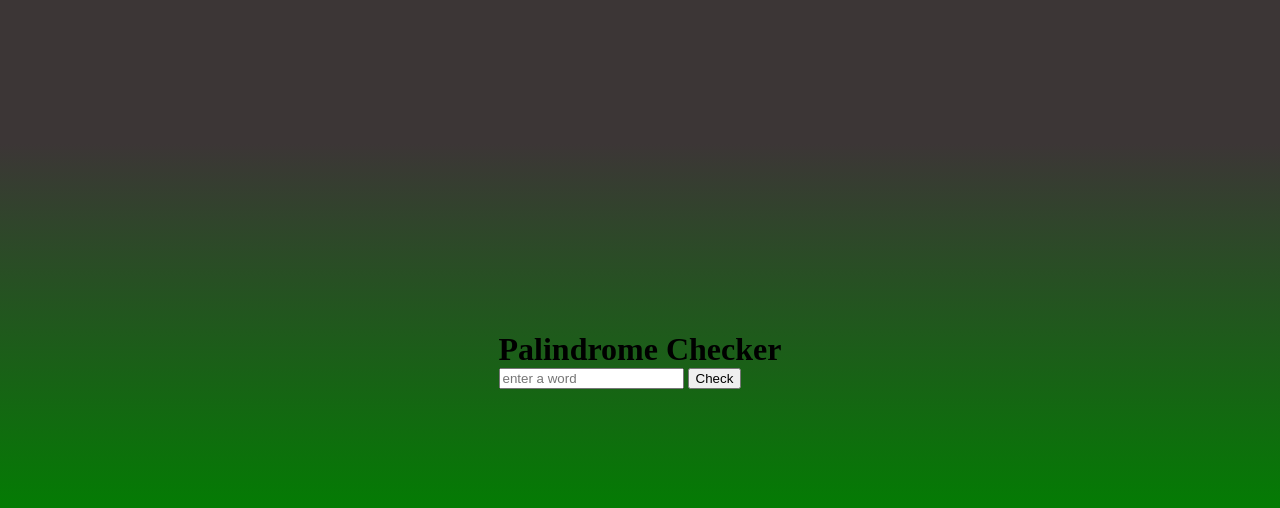
Repository: albinsabu2023/palindromeChecker
Page: index.html
An editor plug-in stored every save of this project. The page is shown before and after a run of saves, followed by the edit.
The browser window is 1280 px wide. The pictures show the whole page.

Above is the page before, as saved 2023-09-12 01:15:04.

### index.html
<!DOCTYPE html>
<html lang="en">
<head>
    <meta charset="UTF-8">
    <meta name="viewport" content="width=device-width, initial-scale=1.0">
    <title>Document</title>
    <link rel="stylesheet" href="style.css">
</head>
<body>
    <div class="container">
        <h1>Palindrome Checker</h1>
        <input type="text" id="inputText" placeholder="enter a word">
        <button id="checkButton">Check</button>
        <div id="result">

        </div>
    </div>
    <script src="home.js"></script>
</body>
</html>

### style.css
*{
    margin:0;

}
body{
    display: flex;
    align-items: center;
    justify-content: center;
    height: 100vh;
    background:linear-gradient( rgb(60, 54, 54) 20%, green 74%) ;
}
.container{

}

Loaded but not shown: home.js (no copy from this time; the picture is the same without it)

After the next 3 saves:
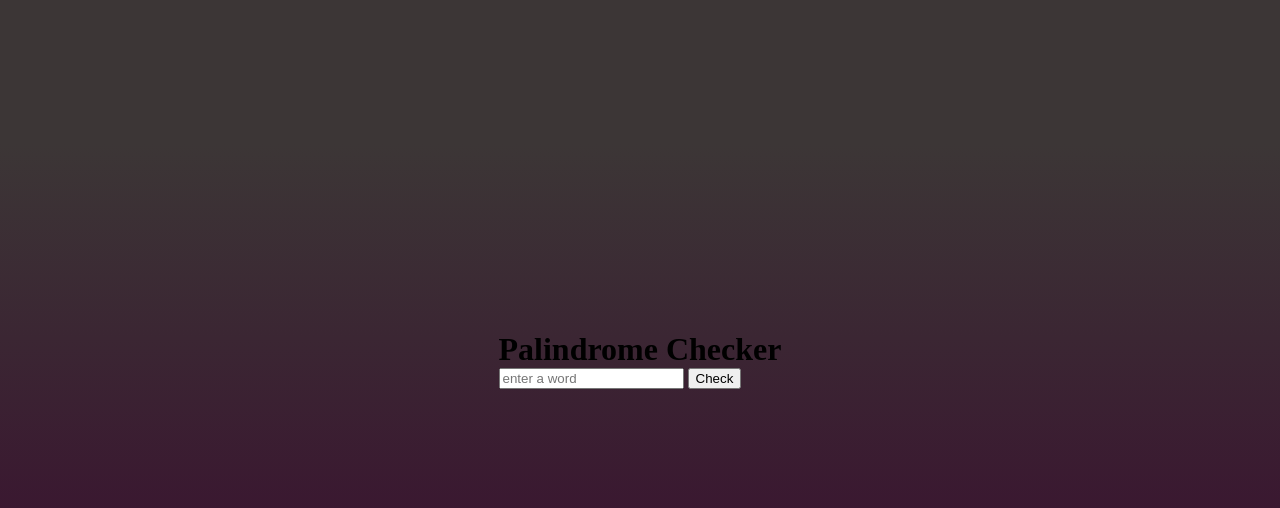
The 3 saves are shown as one change because they came seconds apart.
The last was saved 15 s later.
--- a/style.css
+++ b/style.css
@@ -7,7 +7,7 @@
     align-items: center;
     justify-content: center;
     height: 100vh;
-    background:linear-gradient( rgb(60, 54, 54) 20%, green 74%) ;
+    background:linear-gradient( rgb(60, 54, 54) 20%, rgb(58, 22, 48) 74%) ;
 }
 .container{
 
